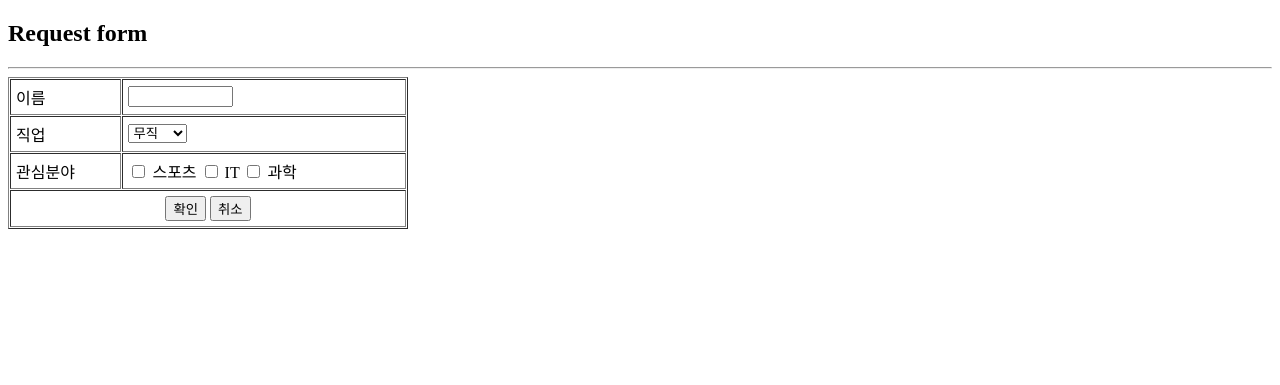
Repository: topblame/Bootcamp
Page: http://localhost/JSP_250408/chapter01/01_Request_form.jsp
The author's editor kept a copy of each file at every save. The page is drawn from the files as they stood at one save, then again after the next save.
The browser window is 1280 px wide. The pictures show the whole page.
The page is served by Tomcat 9.

Above is the page before, as saved 2025-06-24 03:07:48.

After the next save:
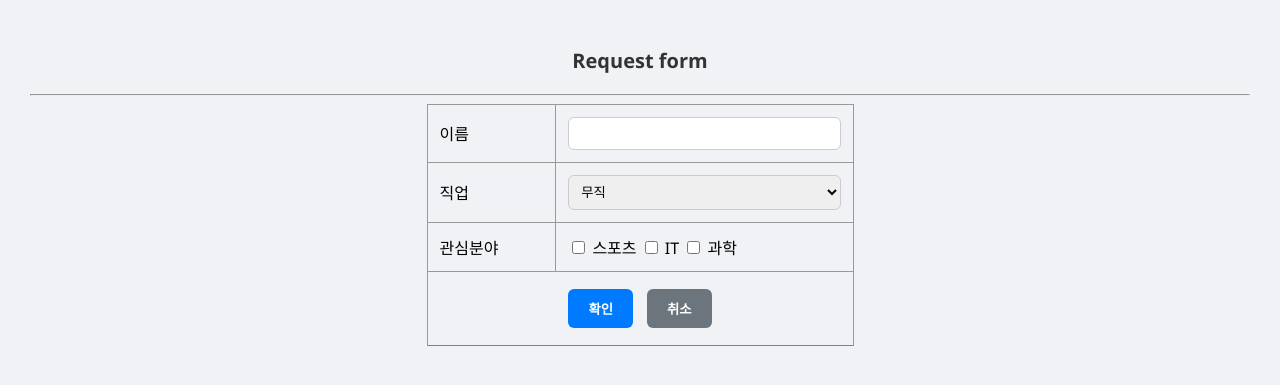
Saved 15 s later.
--- a/WebMvc/JSP_250408/src/main/webapp/chapter01/01_Request_form.jsp
+++ b/WebMvc/JSP_250408/src/main/webapp/chapter01/01_Request_form.jsp
@@ -5,6 +5,7 @@
 <head>
 <meta charset="UTF-8">
 <title>Insert title here</title>
+<link rel="stylesheet" type="text/css" href="../css/style01.css">
 </head>
 <body>
 	<div>
